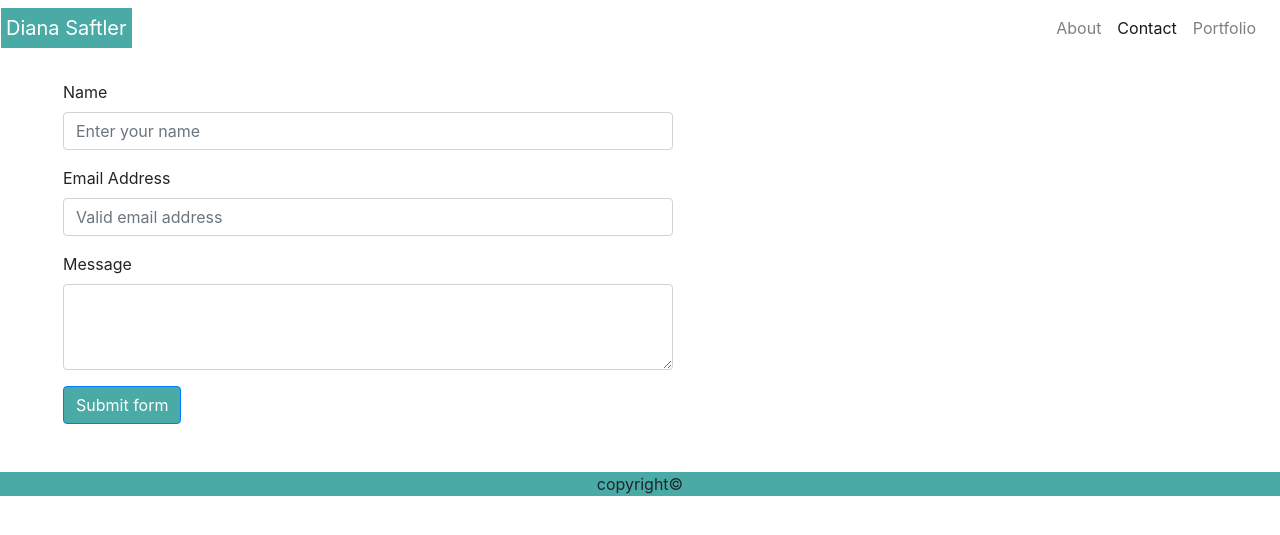
Repository: dsaftler/Bootstrap-Portfolio
Page: contact.html
The author's editor kept a copy of each file at every save. The page is drawn from the files as they stood at one save, then again after the next save.
The browser window is 1280 px wide. The pictures show the whole page.

Above is the page before, as saved 2019-03-21 01:22:26.

After the next save:
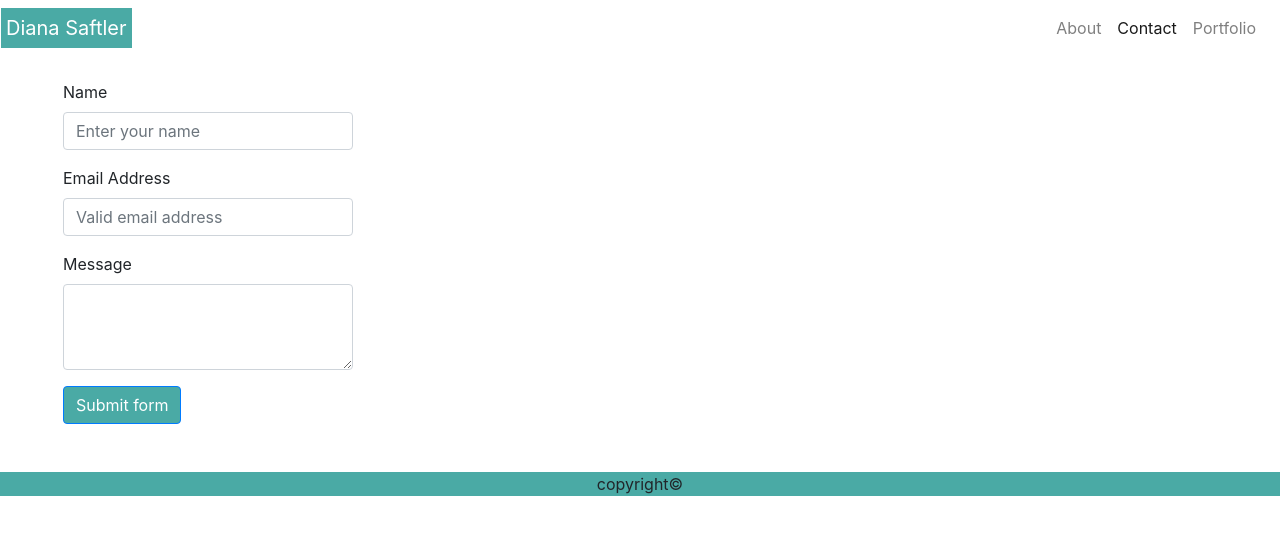
Saved 51 s later.
--- a/contact.html
+++ b/contact.html
@@ -29,7 +29,7 @@
           </ul>
         </div>
       </nav>
-      <div class="container col-sm-12 col-md-6 col-lg-6 ml-5">
+      <div class="container col-sm-8 col-md-4 col-lg-3 ml-5">
           <form>
               <div class="form-group">
                 <br>
